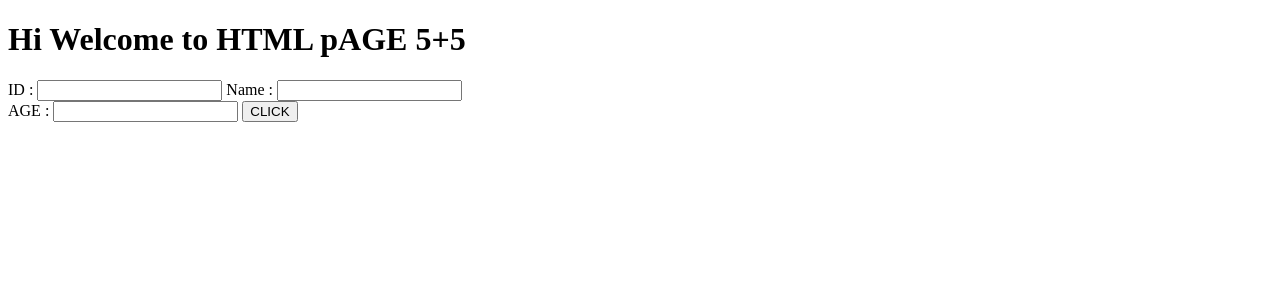
Repository: Thaneshwara848/JSP_Demo
Page: WebDemo2/src/main/webapp/index.html
These files come from the project's save history. The page is drawn as it stood at one moment and after the next save; the edit follows.
The browser window is 1280 px wide. The pictures show the whole page.

Above is the page before, as saved 2022-08-10 15:23:25.

After the next save:
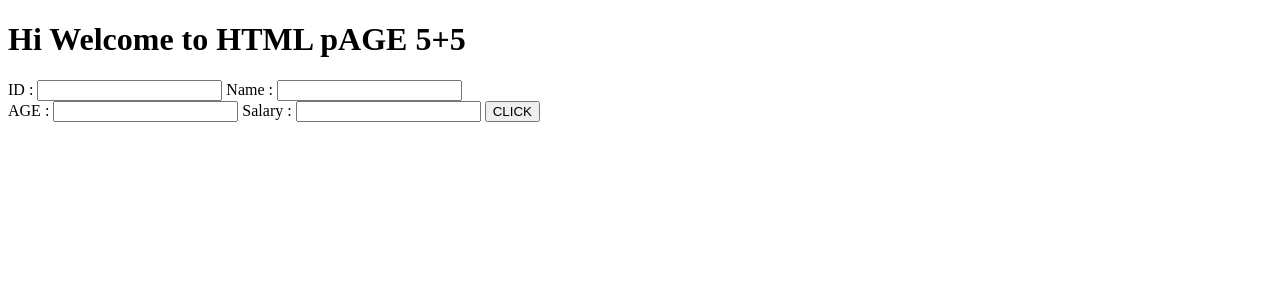
Saved 11 s later.
--- a/WebDemo2/src/main/webapp/index.html
+++ b/WebDemo2/src/main/webapp/index.html
@@ -11,6 +11,7 @@
 		ID :  <input type="text" name="uid">
 		Name : <input type="text" name="uname"><br>
 		AGE :  <input type="text" name="uage">
+		Salary :  <input type="text" name="usalary">
 		<input type="submit" value="CLICK">
 
 	</form>
